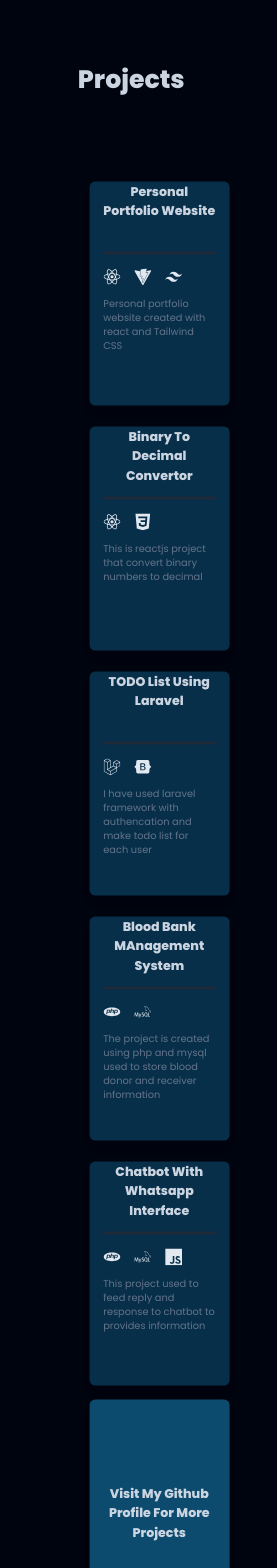
Repository: sibi24sibi/MyPersonalPortfolio
Page: /
These files come from the project's save history. The page is drawn as it stood at one moment and after the next save; the edit follows.
The browser window is 375 px wide. The page is 395 px wide, so the pictures cover 395 px, including what lies to the right of the window. The pictures show the part of the page from y = 1978 to 4218 px (the page is 5396 px tall), at 70% of full size.
The project was rebuilt for these pictures with package versions that can differ from the ones it lists, and the page was loaded fresh each time. Also part of the build but not shown: vite.config.js, src/components/Menu.jsx, src/components/Footer.jsx.

Above is the page before, as saved 2024-05-03 20:26:47.

After the next save:
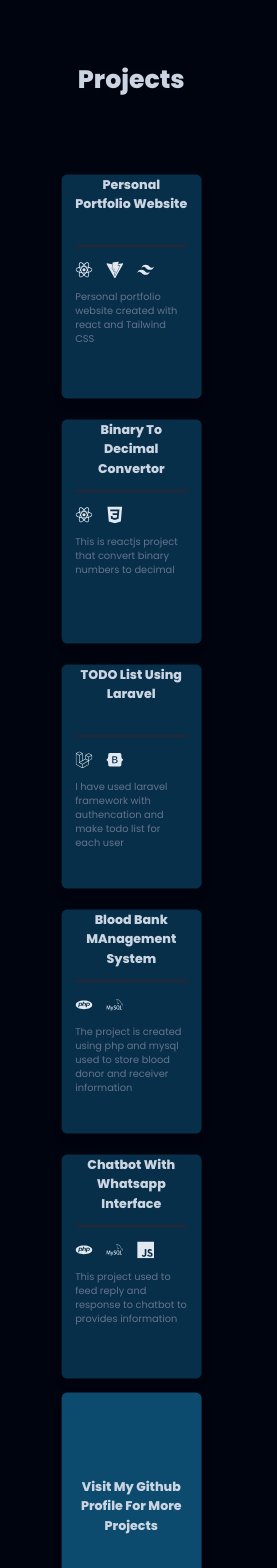
Saved 13 s later.
--- a/src/components/proj_style.css
+++ b/src/components/proj_style.css
@@ -26,13 +26,11 @@
   }
 
 @media only screen and (max-width: 600px) {
-
   .card {
-    position:relative;
-    left:40px;
+    position:unset;
+    left:unset;
     padding-bottom:unset;
-    top: 10px;
-    margin:10px;
+    margin: 10px;;
     padding-bottom:unset;
   }
   .card:hover {
@@ -41,8 +39,8 @@
     margin-left:unset;
   }
   .card:not(:first-child) {
-    margin-left:auto;
-    padding: -40px;
+    margin-left:10px;
+
   }
   .card:hover ~ .card {
     position:unset;
